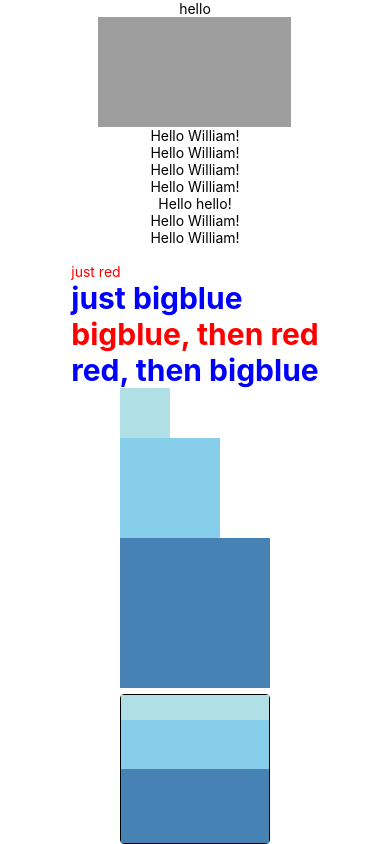
Repository: wcc17/project-adara
Screen: / (app in ProjectAdara/)
These files come from the project's save history. The screen is drawn as it stood at one moment and after the next save; the edit follows.
Pictures or frames that could not be fetched are drawn as grey boxes. The app was drawn by React Native's web renderer in a window 390 px wide. The project was rebuilt for these pictures with package versions that can differ from the ones it lists, and the page was loaded fresh each time.

Above is the screen before, as saved 2018-05-27 13:14:04.

### ProjectAdara/App.js
import React, { Component } from 'react';
import { StyleSheet, Text, ScrollView, View, Image, SafeAreaView } from 'react-native';
import FlexDimensionsBasicsComponent from './src/components/FlexDimensionsBasicsComponent'

export default class App extends React.Component {
    render() {
        return (
            <SafeAreaView style={{flex: 1, backgroundColor: '#ffff'}}>
                <ScrollView contentContainerStyle={styles.container}>
                    <BasicStuffComponent/>
                    <FlexDimensionsBasicsComponent
                        style={flexDimensionStyleSheet.flexDimensionComponentStyle}/>
                </ScrollView>
            </SafeAreaView>
        );
    }
}

class BasicStuffComponent extends Component {
    render() {
        let image = {
            uri: 'https://upload.wikimedia.org/wikipedia/commons/d/de/Bananavarieties.jpg'
        };

        return (
            <View style={styles.container}>
                <Text>hello</Text>
                <Image source={image} style={{ width: 193, height: 110 }} />
                <DumbGreetingComponent name='William' />
                <DumbGreetingComponent name='William' />
                <DumbGreetingComponent name='William' />
                <DumbGreetingComponent name='William' />
                <DumbGreetingComponent name='hello' />
                <DumbGreetingComponent name='William' />
                <DumbGreetingComponent name='William' />
                <Blink text="this is blinking text" />
                <StyledComponent/>
                <FixedDimensionsComponent/>
            </View>
        )
    }
}

class DumbGreetingComponent extends Component {
    render() {
        return (
            <Text>Hello {this.props.name}!</Text>
        );
    }
}

class Blink extends Component {
    constructor(props) {
        super(props);
        this.state = { isShowingText: true };

        // Toggle the state every second
        setInterval(() => {
            this.setState(previousState => {
                return { isShowingText: !previousState.isShowingText };
            });
        }, 1000);
    }

    render() {
        let display = this.state.isShowingText ? this.props.text : ' ';
        return (
            <Text>{display}</Text>
        );
    }
}

class StyledComponent extends Component {
    render() {
        return (
        <View>
            <Text style={styles.red}>just red</Text>
            <Text style={styles.bigblue}>just bigblue</Text>
            <Text style={[styles.bigblue, styles.red]}>bigblue, then red</Text>
            <Text style={[styles.red, styles.bigblue]}>red, then bigblue</Text>
        </View>
        );
    }
}

class FixedDimensionsComponent extends Component {
    render() {
        return (
            <View>
                <View style={{width: 50, height: 50, backgroundColor: 'powderblue'}}/>
                <View style={{width: 100, height: 100, backgroundColor: 'skyblue'}}/>
                <View style={fixedDimensionStyleSheet.steelBlueView}/>
            </View>
        )
    }
}



const styles = StyleSheet.create({
    container: {
        flex: 1,
        backgroundColor: '#fff',
        alignItems: 'center',
        // justifyContent: 'center',
    },
    bigblue: {
        color: 'blue',
        fontWeight: 'bold',
        fontSize: 30,
    },
    red: {
        color: 'red',
    },
});

const fixedDimensionStyleSheet = StyleSheet.create({
    steelBlueView: {
        width: 150,
        height: 150,
        backgroundColor: 'steelblue'
    },
});

const flexDimensionStyleSheet = StyleSheet.create({
    flexDimensionComponentStyle: {
        width: 150,
        height: 150,

        borderRadius: 4,
        borderWidth: 1.5,
        borderColor: 'black',
    },
});

### ProjectAdara/src/components/FlexDimensionsBasicsComponent.js
import React, { Component } from 'react';
import { View } from 'react-native';

export default class FlexDimensionsBasicsComponent extends Component {
    render() {
        return (
            //a height and width should be passed in with style prop
            // <View style={{flex: 1}}>
            <View style={this.props.style}>
                <View style={{flex: 1, backgroundColor: 'powderblue'}} />
                <View style={{flex: 2, backgroundColor: 'skyblue'}} />
                <View style={{flex: 3, backgroundColor: 'steelblue'}} />
            </View>
        );
    }
}

After the next save:
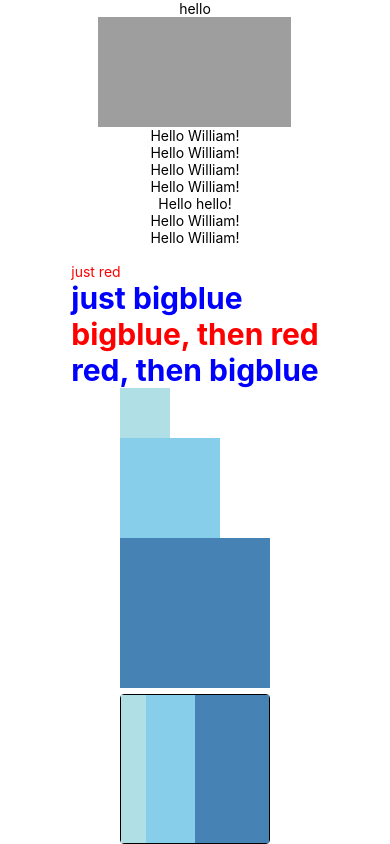
Saved 19 min 38 s later.
--- a/ProjectAdara/App.js
+++ b/ProjectAdara/App.js
@@ -130,5 +130,7 @@
         borderRadius: 4,
         borderWidth: 1.5,
         borderColor: 'black',
+
+        flexDirection: 'row'
     },
 });

After the save that followed:
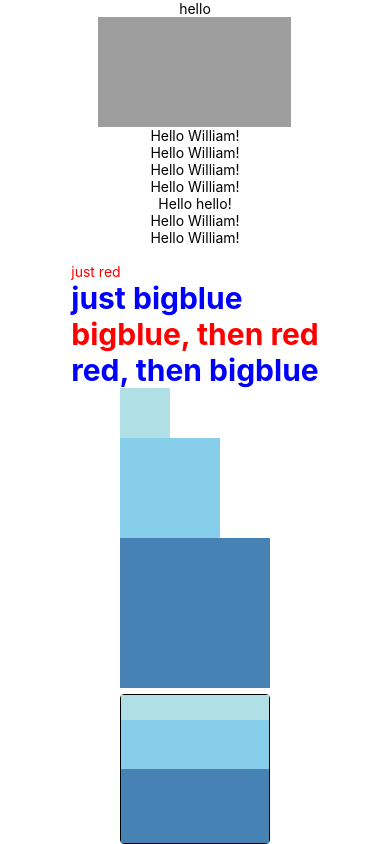
Saved 19 s later.
--- a/ProjectAdara/App.js
+++ b/ProjectAdara/App.js
@@ -131,6 +131,6 @@
         borderWidth: 1.5,
         borderColor: 'black',
 
-        flexDirection: 'row'
+        flexDirection: 'column'
     },
 });
